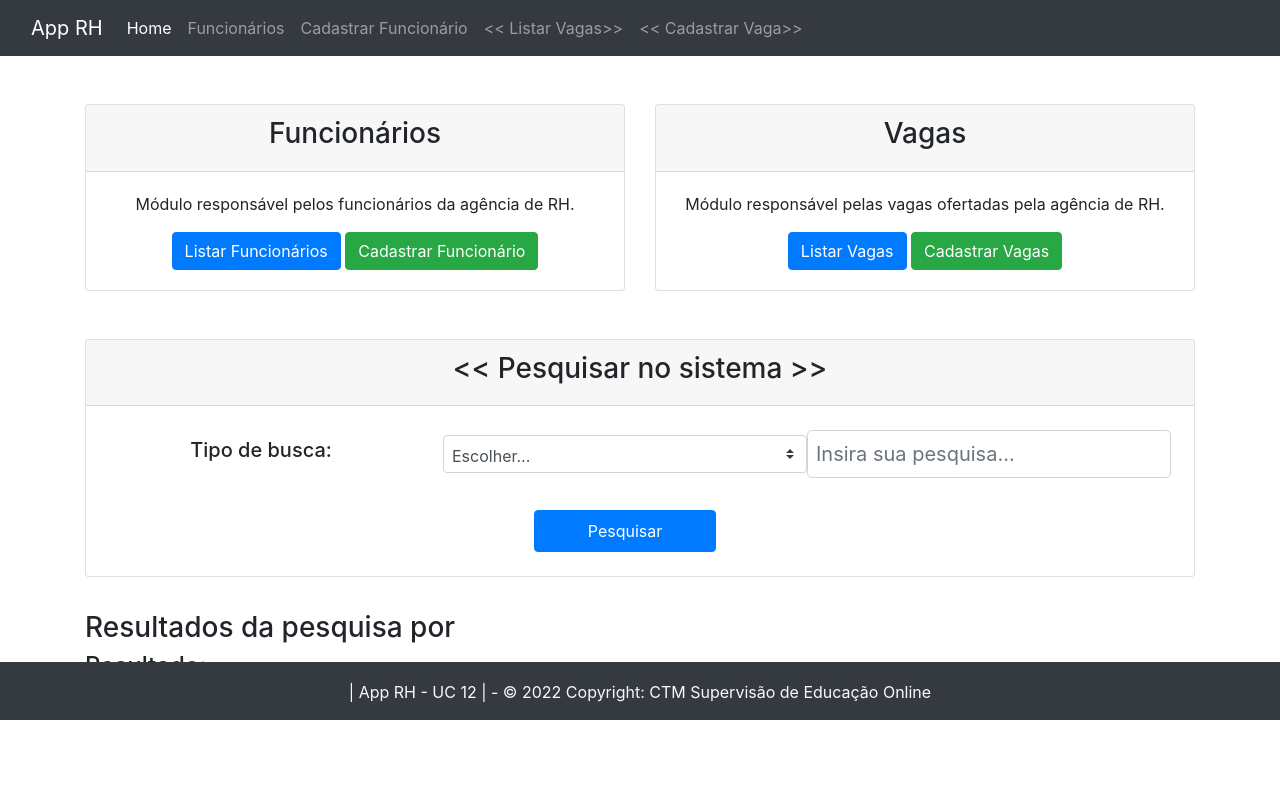
Repository: FilosoDev/SPRING-BOOT-testes
Page: http://localhost/index
The author's editor kept a copy of each file at every save. The page is drawn from the files as they stood at one save, then again after the next save.
The browser window is 1280 px wide. The pictures show the whole page.
The page is this project's Thymeleaf template; nobody is signed in. The template is opened directly, without the code that normally fills it, so the values that code supplies are empty.

Above is the page before, as saved 2021-11-23 17:25:08.
Console error: TypeError: Cannot read properties of undefined (reading 'fn')

### AppRH/AppRH/src/main/resources/templates/index.html
<!DOCTYPE html>
<html lang=”pt-br” xmlns:th="http://thymeleaf.org"
	xmlns:layout="http://www.ultraq.net.nz/thymeleaf/layout">

<head>

<meta charset="utf-8">
<meta http-equiv="X-UA-Compatible" content="IE=edge">
<meta name="viewport" content="width=device-width, initial-scale=1">

<title>| App RH - UC 12 |</title>

<!-- Bootstrap -->
<link href="bootstrap/css/bootstrap.min.css" rel="stylesheet">

<!-- HTML5 shim e Respond.js para suporte no IE8 de elementos HTML5 e media queries -->
<!-- ALERTA: Respond.js não funciona se você visualizar uma página file:// -->
<!--[if lt IE 9]>
      <script src="https://oss.maxcdn.com/html5shiv/3.7.3/html5shiv.min.js"></script>
      <script src="https://oss.maxcdn.com/respond/1.4.2/respond.min.js"></script>
    <![endif]-->

</head>

<body>

	<header>

		<nav class="navbar navbar-expand-lg navbar-dark bg-dark">
			<div class="container-fluid">
				<a class="navbar-brand" href="/">App RH</a>
				<button class="navbar-toggler" type="button"
					data-bs-toggle="collapse" data-bs-target="#navbarNav"
					aria-controls="navbarNav" aria-expanded="false"
					aria-label="Toggle navigation">
					<span class="navbar-toggler-icon"></span>
				</button>
				<div class="collapse navbar-collapse" id="navbarNav">
					<ul class="navbar-nav">
						<li class="nav-item"><a class="nav-link active"
							aria-current="page" href="/">Home</a></li>
						<li class="nav-item"><a class="nav-link" href="/funcionarios">Funcionários</a></li>
						<li class="nav-item"><a class="nav-link"
							href="/cadastrarFuncionario">Cadastrar Funcionário</a></li>
						<li class="nav-item"><a class="nav-link" href="/vagas">
								<< Listar Vagas>> </a></li>
						<li class="nav-item"><a class="nav-link"
							href="/cadastrarVaga"> << Cadastrar Vaga>> </a></li>
					</ul>
				</div>
			</div>
		</nav>

	</header>

	<div class="container">
		<br> <br>

		<div class="row">
			<div class="col">
				<div class="card text-center">
					<div class="card-header card-title">
						<h3>Funcionários</h3>
					</div>
					<div class="card-body">

						<p class="card-text">Módulo responsável pelos funcionários da
							agência de RH.</p>
						<a href="/funcionarios" class="btn btn-primary">Listar
							Funcionários</a> <a href="/cadastrarFuncionario"
							class="btn btn-success">Cadastrar Funcionário</a>
					</div>
				</div>
			</div>
			<div class="col">
				<div class="card text-center">
					<div class="card-header  card-title">
						<h3>Vagas</h3>
					</div>
					<div class="card-body">
						<p class="card-text">Módulo responsável pelas vagas ofertadas
							pela agência de RH.</p>
						<a href="/vagas" class="btn btn-primary">Listar Vagas</a> <a
							href="/cadastrarVaga" class="btn btn-success">Cadastrar Vagas</a>
					</div>
				</div>
			</div>


		</div>
		<div class="row">
			<div class="col">
				<br> <br>
				<div class="card text-center card w-100">
					<div class="card-header">
						<h3><< Pesquisar no sistema >></h3>
					</div>



					<form class="form-inline" method="post">


						<div class="row form-group justify-content-center w-100 p-2">



								<label for="cars" class="my-3 p-2 col-6 col-md-4"><h5>Tipo de
										busca:</h5></label>



								<select name="busca" id="busca" class="custom-select my-3 p-2 col-6 col-md-4">
									<option selected>Escolher...</option>
									<option value="nomefuncionario">Nome do Funcionário</option>
									<option value="nomedependente">Nome do Dependente</option>
									<option value="nomecandidato">Nome do Candidato</option>
									<option value="titulovaga">Nome da Vaga</option>
								</select>




								<input
									class="form-control form-control-lg my-3 p-2 col-6 col-md-4"
									type="search" placeholder="Insira sua pesquisa..."
									aria-label="Pesquisar" name="nome">



								<button class="btn btn-primary my-3 p-2 col-10 col-md-2" type="submit">Pesquisar</button>


						</div>

					</form>
				</div>
			</div>
			<br>
			<div class="container">
				<h3>
				<br>
					Resultados da pesquisa por <i> <span th:text="${busca}"></span>
					</i>
				</h3>
				<h4>
					Resultado: <span th:text="${contador}"></span>
				</h4>

				<div th:each="lstdependente : ${lista}">
					<span th:text="${lstdependente.nome}"></span> <br>

				</div>


				<div th:each="funcionario : ${funcionario}">
					<div class="row">
						<p>
							<span th:text="${funcionario.id}"></span>
						</p>
						<p>
							<span th:text="${funcionario.nome}"></span>
						</p>
						<p>
							<span th:text="${funcionario.data}"></span>
						</p>
						<p>
							<span th:text="${funcionario.email}"></span>
						</p>
					</div>
				</div>

				<div th:each="dependente : ${dependentes}">
					<span th:text="${dependente.cpf}"></span> <span
						th:text="${dependente.nome}"></span> <span
						th:text="${dependente.datanascimento}"></span> <br>
				</div>



			</div>



		</div>





		<div style="height: 100px;"></div>

		<div class="footer-copyright fixed-bottom bg-dark text-center py-3">
			<span class="text-light align-middle">| App RH - UC 12 | - ©
				2022 Copyright: CTM Supervisão de Educação Online</span>
		</div>

		<!--JavaScript bootstrap-->
		<script type="text/javascript" src="bootstrap/js/bootstrap.js"></script>
		<script
			src="https://cdn.jsdelivr.net/npm/bootstrap@5.1.3/dist/js/bootstrap.bundle.min.js"
			integrity="sha384-ka7Sk0Gln4gmtz2MlQnikT1wXgYsOg+OMhuP+IlRH9sENBO0LRn5q+8nbTov4+1p"
			crossorigin="anonymous">
	</script>
</body>

</html>

Loaded but not shown: AppRH/AppRH/src/main/resources/static/bootstrap/css/bootstrap.min.css (library); AppRH/AppRH/src/main/resources/static/bootstrap/js/bootstrap.js (library)

After the next save:
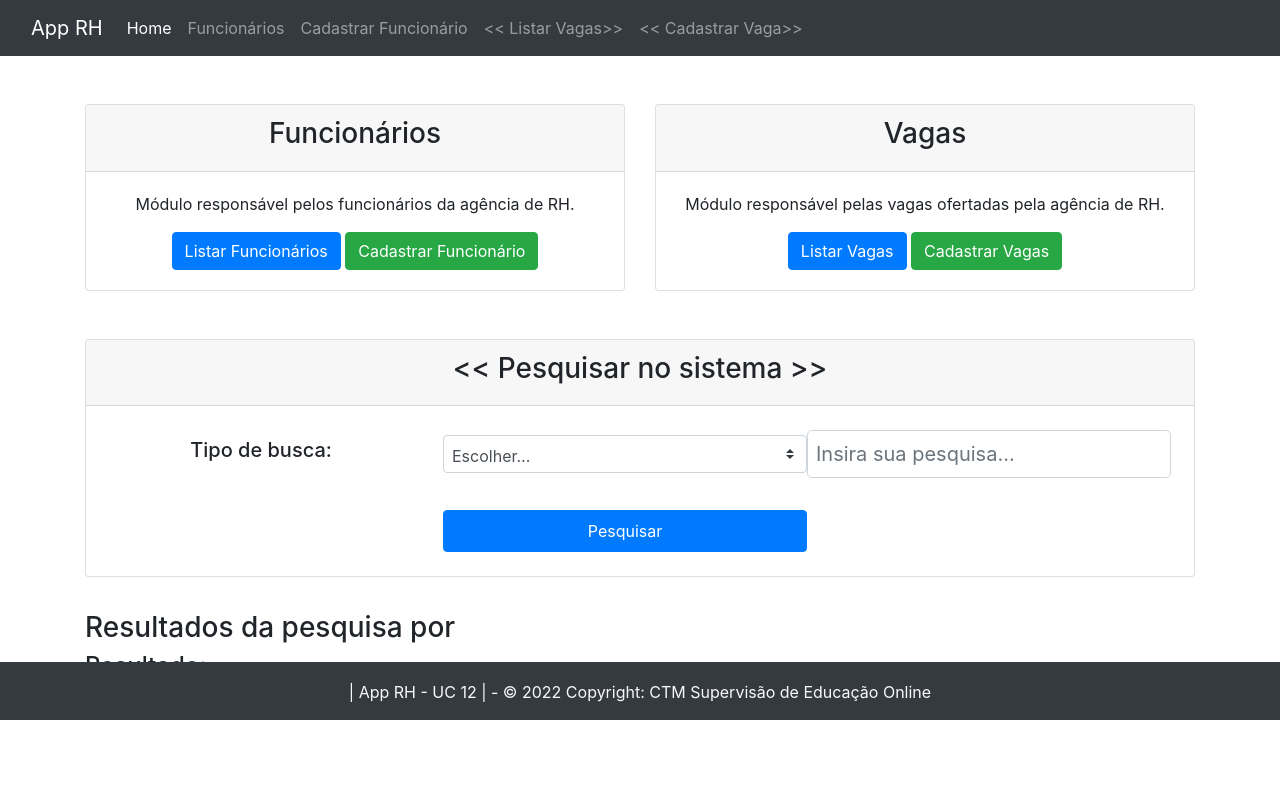
Saved 18 s later.
--- a/AppRH/AppRH/src/main/resources/templates/index.html
+++ b/AppRH/AppRH/src/main/resources/templates/index.html
@@ -128,7 +128,7 @@
 
 
 
-								<button class="btn btn-primary my-3 p-2 col-10 col-md-2" type="submit">Pesquisar</button>
+								<button class="btn btn-primary my-3 p-2 col-6 col-md-4" type="submit">Pesquisar</button>
 
 
 						</div>

After the save that followed:
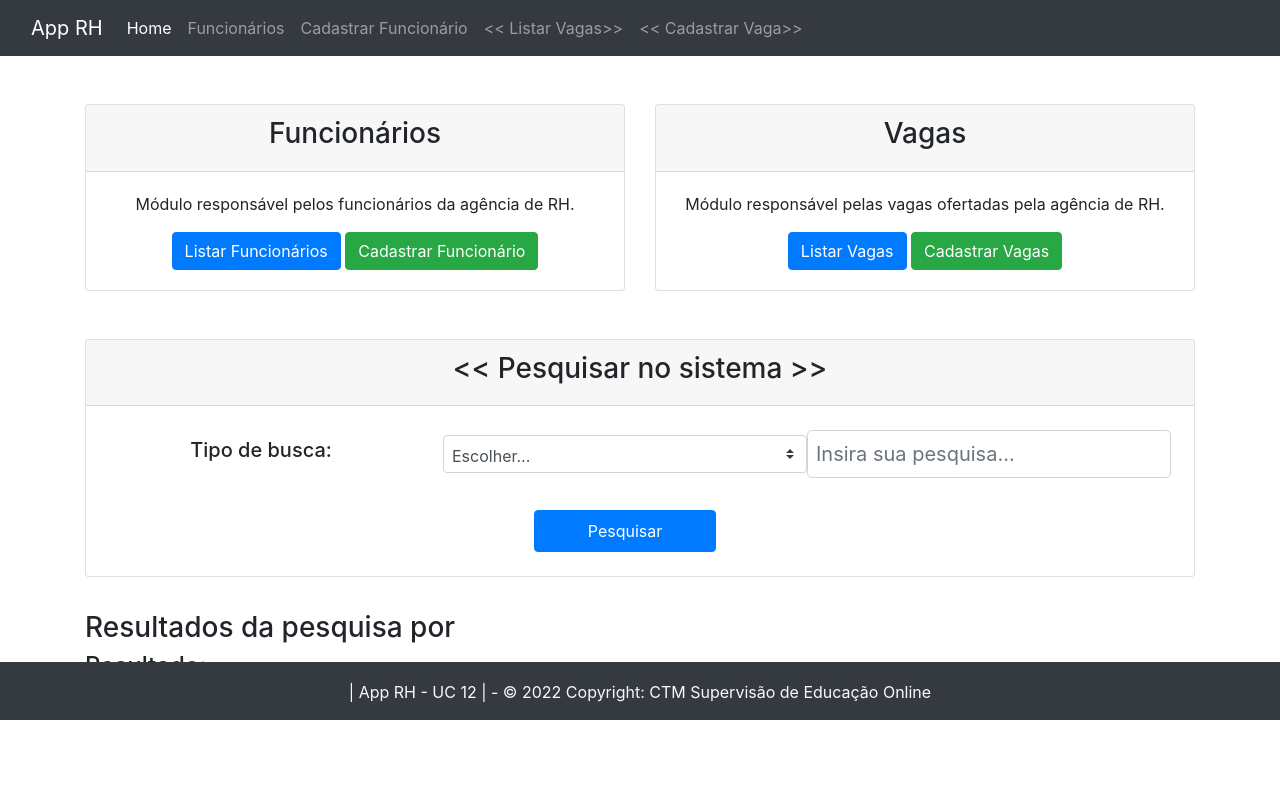
Saved 7 s later.
--- a/AppRH/AppRH/src/main/resources/templates/index.html
+++ b/AppRH/AppRH/src/main/resources/templates/index.html
@@ -128,7 +128,7 @@
 
 
 
-								<button class="btn btn-primary my-3 p-2 col-6 col-md-4" type="submit">Pesquisar</button>
+								<button class="btn btn-primary my-3 p-2 col-6 col-md-2" type="submit">Pesquisar</button>
 
 
 						</div>
